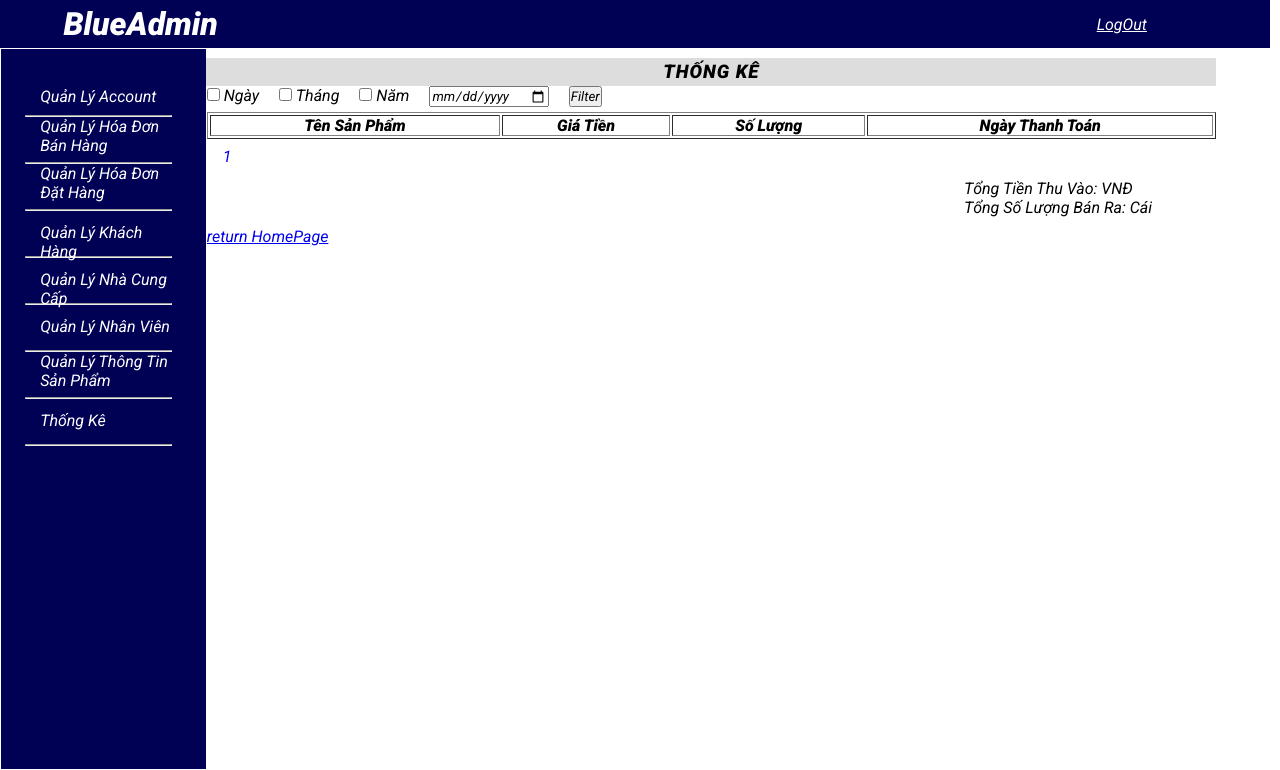
Repository: ngan429/WebsiteLaptop
Page: http://localhost/WebsiteLapTop/viewsnhanvien/ThongKeDB.jsp
These files come from the project's save history. The page is drawn as it stood at one moment and after the next save; the edit follows.
The browser window is 1280 px wide. The pictures show the whole page.
Some web libraries are served in a nearby version. The page is served by Tomcat 9. The template is opened directly, without the code that normally fills it, so the values that code supplies are empty.

Above is the page before, as saved 2021-12-02 16:01:01.
Console error: SyntaxError: Invalid or unexpected token
Not found: DoAnLapTop/WebsiteLapTop/WebsiteLapTop/css/

After the next save:
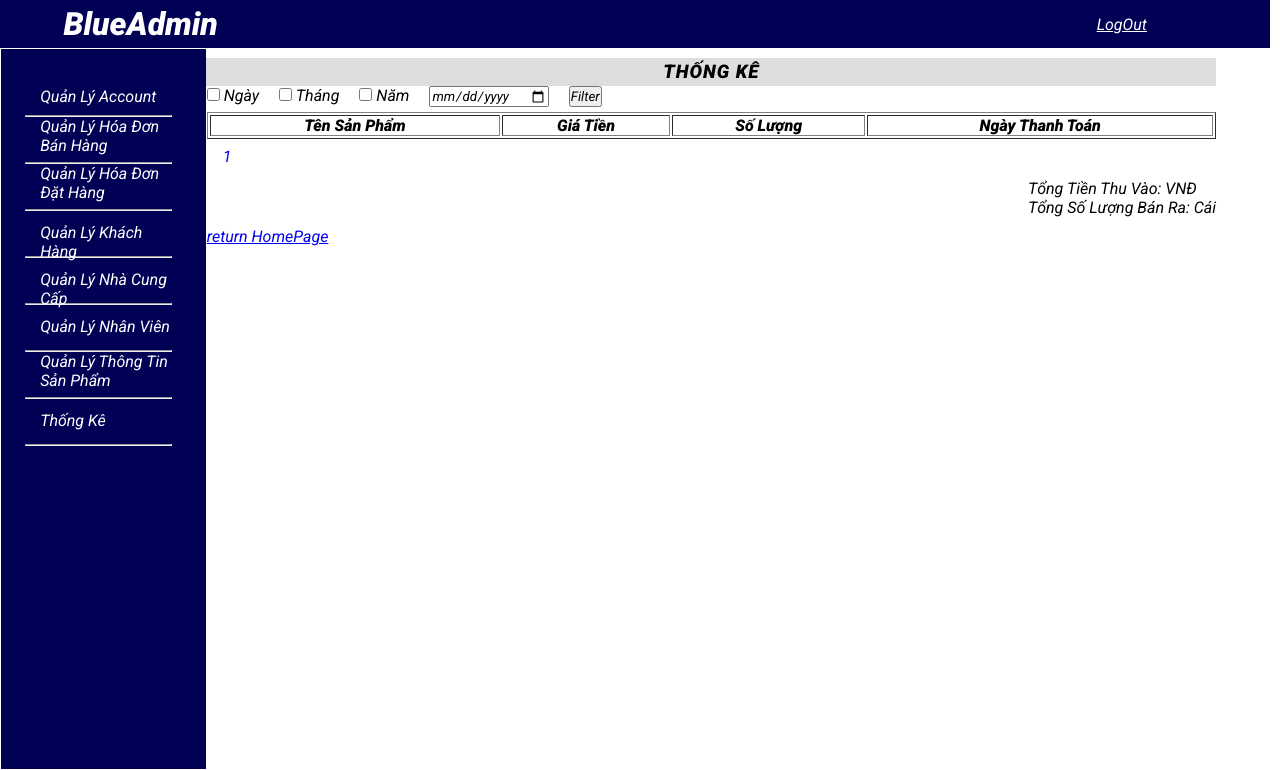
Saved 7 s later.
--- a/DoAnLapTop/WebsiteLapTop/WebContent/viewsnhanvien/ThongKeDB.jsp
+++ b/DoAnLapTop/WebsiteLapTop/WebContent/viewsnhanvien/ThongKeDB.jsp
@@ -177,7 +177,7 @@
 
 				</div>
 			</div>
-			<div style="display:flex;justify-content: right; margin-right:10% ">
+			<div style="display:flex;justify-content: right; margin-right:5% ">
 			<div>
 				<p>Tổng Tiền Thu Vào: ${tongtien} VNĐ</p>
 				<p>Tổng Số Lượng Bán Ra: ${tongsoluong} Cái</p></div>
